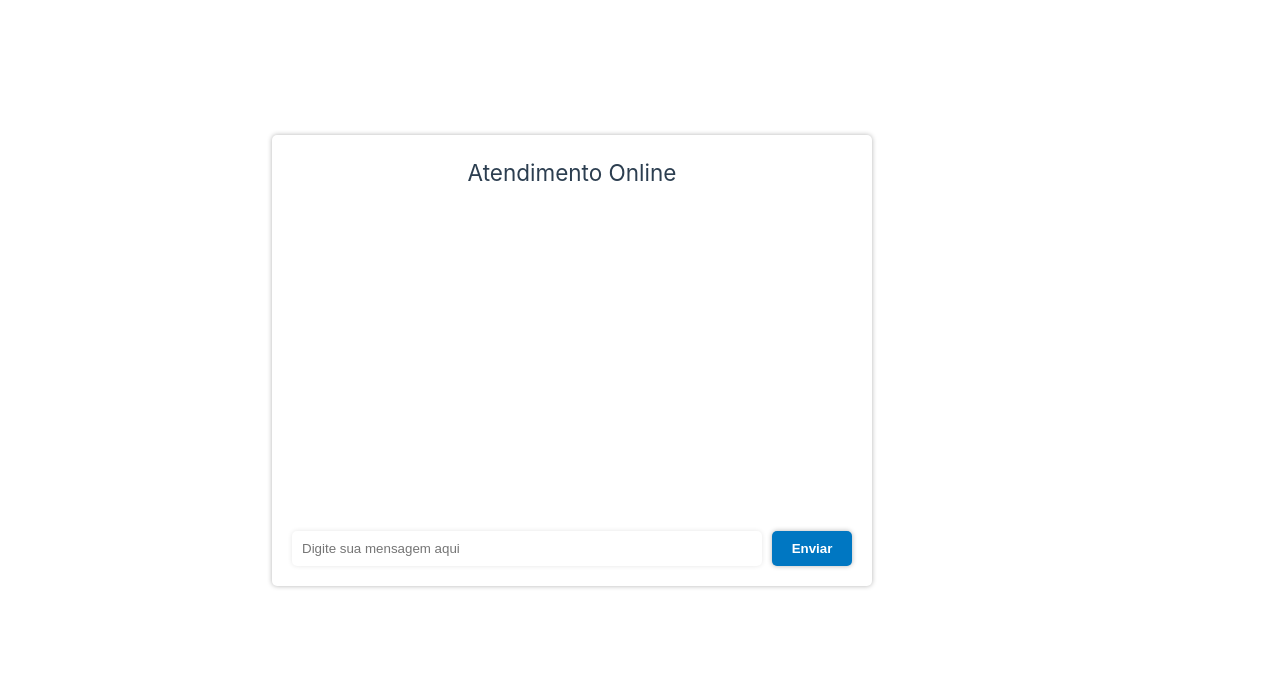
Repository: GabrielGuinzani/vueChat
Page: /
An editor plug-in stored every save of this project. The page is shown before and after the next save, followed by the edit.
The browser window is 1280 px wide. The pictures show the whole page.
Some web libraries are served in a nearby version. The project was rebuilt for these pictures with package versions that can differ from the ones it lists, and the page was loaded fresh each time. Also part of the build but not shown: vite.config.js.

Above is the page before, as saved 2023-04-18 21:08:13.

### index.html
<!-- <!DOCTYPE html>
<html lang="en">
  <head>
    <meta charset="UTF-8">
    <link rel="icon" href="/favicon.ico">
    <meta name="viewport" content="width=device-width, initial-scale=1.0">
    <title>Vite App</title>
  </head>
  <body>
    <div id="app"></div>
    <script type="module" src="/src/main.js"></script>
  </body>
</html> -->


<!-- <!DOCTYPE html>
<html lang="PT-BR">
<head>
  <meta charset="UTF-8">
  <title>Vue Chat App</title>
  <script src="https://unpkg.com/vue@3.2.6/dist/vue.global.js"></script>
</head>
<body>
  <div id="app">
    <chat></chat>
  </div>

  <script type="module" src="/src/main.js"></script>
</body>
</html> -->
<!DOCTYPE html>
<html lang="en">
<head>
  <meta charset="UTF-8">
  <title>Vue Chat App</title>
  <style>
    body {
      display: flex;
      justify-content: center;
      align-items: center;
      height: 100vh;
    }
    #app {
      width: 800px;
      height: 600px;
    }
  </style>
  <script src="https://unpkg.com/vue@3.2.6/dist/vue.global.js"></script>
</head>
<body>
  <div id="app">
    <chat></chat>
  </div>

  <script type="module" src="/src/main.js"></script>
</body>
</html>

### src/App.vue
<!-- <script setup>
import HelloWorld from './components/HelloWorld.vue'
import TheWelcome from './components/TheWelcome.vue'
</script>

<template>
  <header>
    <img alt="Vue logo" class="logo" src="./assets/logo.svg" width="125" height="125" />

    <div class="wrapper">
      <HelloWorld msg="You did it!" />
    </div>
  </header>

  <main>
    <TheWelcome />
  </main>
</template>

<style scoped>
header {
  line-height: 1.5;
}

.logo {
  display: block;
  margin: 0 auto 2rem;
}

@media (min-width: 1024px) {
  header {
    display: flex;
    place-items: center;
    padding-right: calc(var(--section-gap) / 2);
  }

  .logo {
    margin: 0 2rem 0 0;
  }

  header .wrapper {
    display: flex;
    place-items: flex-start;
    flex-wrap: wrap;
  }
}
</style> -->


<template>
  <div id="chat-screen">
    <div class="titulo">
      <h2>Atendimento Online</h2>
    </div>
    <div class="messages-list" ref="messagesList">
      <div v-for="(message, index) in messages" :key="index" :class="[message.type === 'user' ? 'message-item2' : 'message-item']">
        <div class="msg-user" v-if="message.type === 'user'"><strong>{{ message.author }} diz:</strong></div>
        <div class="msg-chat">{{ message.text }}</div>
      </div>
    </div>
    <form id="form-chat-send" @submit.prevent="sendMessage">
      <input id="message" type="text" class="typebar" v-model="messageText" placeholder="Digite sua mensagem aqui">
      <button type="submit" class="botao">Enviar</button>
    </form>
  </div>
</template>

<script>
export default {
  data() {
    return {
      messages: [],
      messageText: ''
    }
  },
  methods: {
    sendMessage() {
      const messageText = this.messageText.trim();
      if (messageText !== '') {
        this.messages.push({
          type: 'user',
          author: 'Você',
          text: messageText
        });
        this.messageText = '';
        this.$nextTick(() => {
          this.scrollToBottom();
        });
      }
    },
    scrollToBottom() {
      this.$refs.messagesList.scrollTop = this.$refs.messagesList.scrollHeight;
    }
  }
}
</script>

<style>
  #chat-screen {
    background-color: #fff;
    border-radius: 5px;
    box-shadow: 0px 0px 5px rgba(0, 0, 0, 0.3);
    margin: auto;
    min-width: 600px;
    padding: 20px;
  }

  .titulo {
    margin-bottom: 20px;
    text-align: center;
  }

  .messages-list {
    height: 300px;
    overflow-y: auto;
    padding: 10px;
  }

  .message-item {
    margin: 10px;
    padding: 10px;
    background-color: #eee;
    border-radius: 5px;
  }

  .message-item2 {
    margin: 10px;
    padding: 10px;
    background-color: #b3d9ff;
    border-radius: 5px;
  }

  .msg-user {
    font-weight: bold;
    margin-bottom: 5px;
  }

  .typebar {
    border: none;
    border-radius: 5px;
    box-shadow: 0px 0px 5px rgba(0, 0, 0, 0.1);
    margin-right: 10px;
    padding: 10px;
    width: calc(100% - 90px);
  }

  .botao {
    background-color: #0077c2;
    border: none;
    border-radius: 5px;
    box-shadow: 0px 0px 5px rgba(0, 0, 0, 0.3);
    color: #fff;
    font-weight: bold;
    padding: 10px;
    width: 80px;
  }

  .botao:hover {
    background-color: #0061a7;
    cursor: pointer;
  }

  #form-chat-send {
    display: flex;
    justify-content: center;
    margin-top: 20px;
  }
</style>

Loaded but not shown: src/main.js (common file); src/assets/main.css (common file); src/assets/base.css (common file)

After the next save:
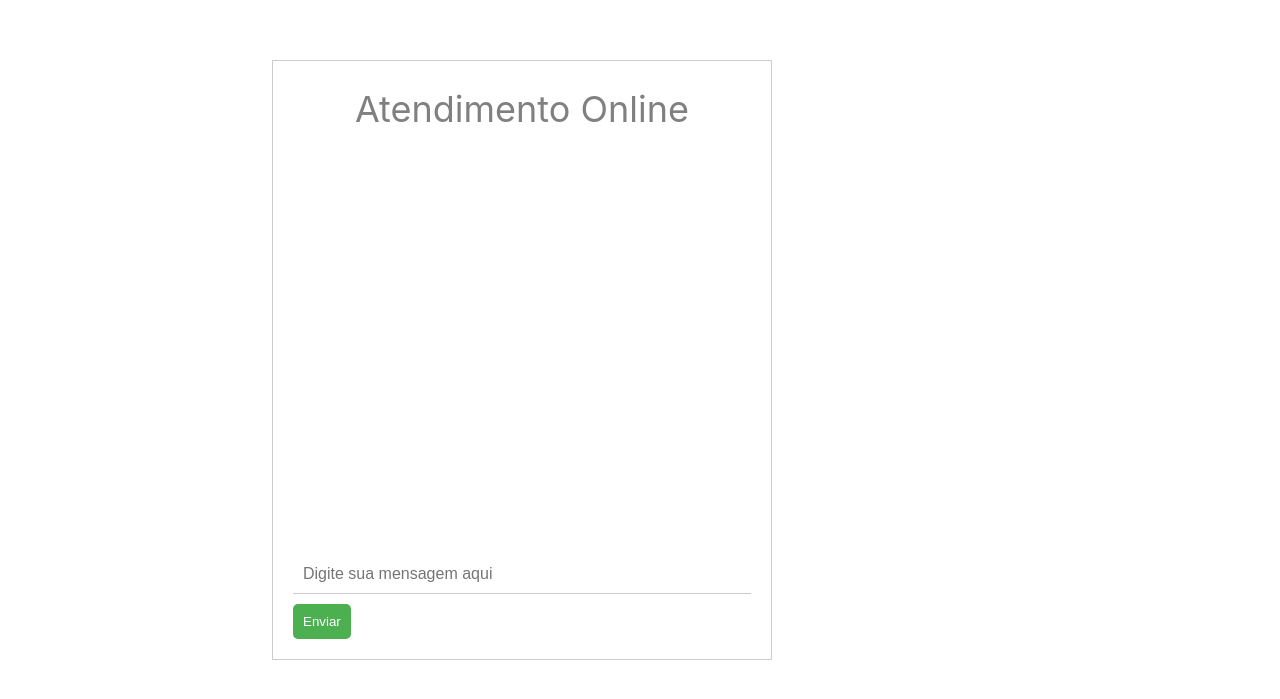
Saved 101 s later.
--- a/src/App.vue
+++ b/src/App.vue
@@ -96,73 +96,71 @@ export default {
 </script>
 
 <style>
-  #chat-screen {
-    background-color: #fff;
-    border-radius: 5px;
-    box-shadow: 0px 0px 5px rgba(0, 0, 0, 0.3);
-    margin: auto;
-    min-width: 600px;
-    padding: 20px;
-  }
+#chat-screen {
+  width: 500px;
+  height: 600px;
+  margin: 0 auto;
+  border: 1px solid #ccc;
+  background-color: #fff;
+  padding: 20px;
+  display: flex;
+  flex-direction: column;
+}
 
-  .titulo {
-    margin-bottom: 20px;
-    text-align: center;
-  }
+.titulo {
+  text-align: center;
+  font-size: 24px;
+  margin-bottom: 20px;
+  color: gray;
+}
 
-  .messages-list {
-    height: 300px;
-    overflow-y: auto;
-    padding: 10px;
-  }
+.messages-list {
+  flex: 1;
+  overflow-y: auto;
+}
 
-  .message-item {
-    margin: 10px;
-    padding: 10px;
-    background-color: #eee;
-    border-radius: 5px;
-  }
+.message-item {
+  background-color: #f2f2f2;
+  border-radius: 5px;
+  padding: 10px;
+  margin-bottom: 10px;
+  color: gray;
+}
 
-  .message-item2 {
-    margin: 10px;
-    padding: 10px;
-    background-color: #b3d9ff;
-    border-radius: 5px;
-  }
+.message-item2 {
+  background-color: #e6f7ff;
+  border-radius: 5px;
+  padding: 10px;
+  margin-bottom: 10px;
+  color: gray;
+}
 
-  .msg-user {
-    font-weight: bold;
-    margin-bottom: 5px;
-  }
+.msg-user {
+  margin-bottom: 5px;
+  color: gray;
+}
 
-  .typebar {
-    border: none;
-    border-radius: 5px;
-    box-shadow: 0px 0px 5px rgba(0, 0, 0, 0.1);
-    margin-right: 10px;
-    padding: 10px;
-    width: calc(100% - 90px);
-  }
+.msg-chat {
+  color: gray;
+}
 
-  .botao {
-    background-color: #0077c2;
-    border: none;
-    border-radius: 5px;
-    box-shadow: 0px 0px 5px rgba(0, 0, 0, 0.3);
-    color: #fff;
-    font-weight: bold;
-    padding: 10px;
-    width: 80px;
-  }
+.typebar {
+  width: 100%;
+  padding: 10px;
+  border: none;
+  border-bottom: 1px solid #ccc;
+  margin-right: 10px;
+  font-size: 16px;
+  color: gray;
+}
 
-  .botao:hover {
-    background-color: #0061a7;
-    cursor: pointer;
-  }
-
-  #form-chat-send {
-    display: flex;
-    justify-content: center;
-    margin-top: 20px;
-  }
+.botao {
+  background-color: #4CAF50;
+  color: #fff;
+  border: none;
+  border-radius: 5px;
+  padding: 10px;
+  margin-top: 10px;
+  cursor: pointer;
+}
 </style>
